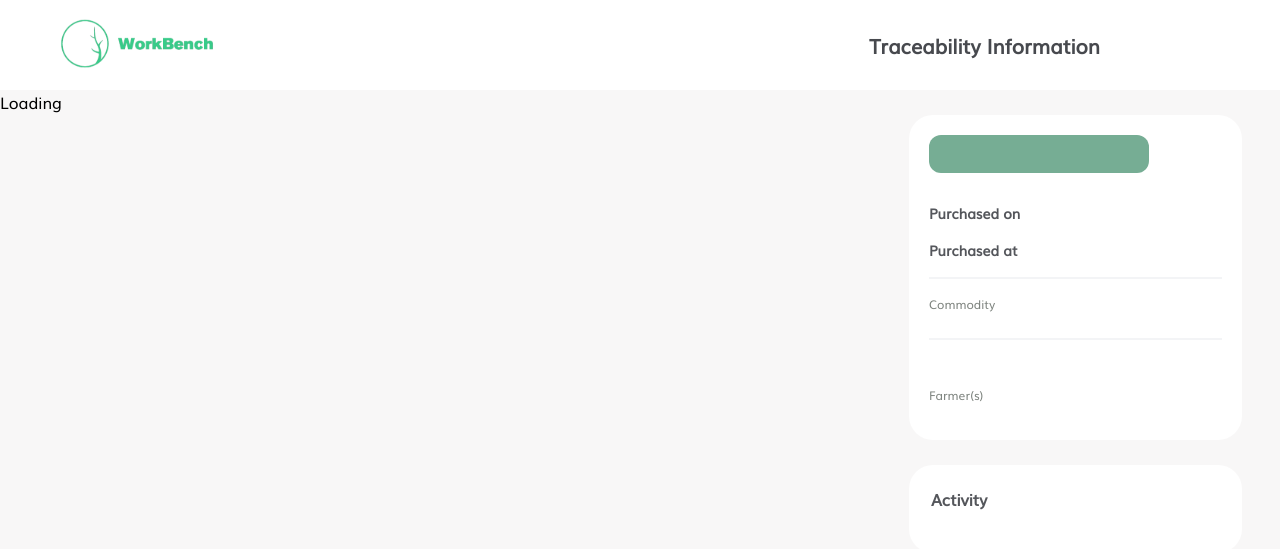
Repository: Hamezry/Traceability-Page
Page: /
These files come from the project's save history. The page is drawn as it stood at one moment and after the next save; the edit follows.
The browser window is 1280 px wide. The pictures show the whole page.
The page's requests for data from a server got no answer. The project was rebuilt for these pictures with package versions that can differ from the ones it lists, and the page was loaded fresh each time. No one was signed in, and anything a server would have sent is missing.

Above is the page before, as saved 2022-09-16 17:18:07.

### public/index.html
<!DOCTYPE html>
<html lang="en">
  <head>
    <meta charset="utf-8" />
    <meta name="viewport" content="width=device-width, initial-scale=1" />
    <meta name="theme-color" content="#000000" />
    <meta
      name="description"
      content="Web site created using create-react-app"
    />
    <link rel="preconnect" href="https://fonts.googleapis.com">
    <link rel="preconnect" href="https://fonts.gstatic.com" crossorigin>
    <!-- <link href="https://fonts.googleapis.com/css2?family=Mulish:wght@300;400;600&display=swap" rel="stylesheet"> -->
    <title>Traceability page</title>
  </head>
  <body>
    <noscript>You need to enable JavaScript to run this app.</noscript>
    <div id="root"></div>

  </body>
</html>

### src/index.css
@tailwind base;
@tailwind components;
@tailwind utilities;

@font-face {
    font-family: 'Muli';
    src: local('Muli'), url("./fonts/Muli-Regular.ttf") format("truetype");
}


@font-face {
    font-family: 'Muli';
    src: url('./fonts/Muli-Regular.ttf') format("truetype");
}

body {
    font-family: 'Muli' !important;
}

### src/App.js
import './index.css';
import Navbar from './components/Navbar';
import Information from './components/Information';
import Sidemap from './components/Sidemap';
import { BrowserRouter, Route, Routes } from 'react-router-dom';

function App() {
  return (
    <BrowserRouter>

      <Routes>

          <Route path='/' element={
            <div>
              <Navbar />
              <div className="lg:flex lg:justify-between w-full  lg:h-[calc(100vh-90px)] lg:overflow-y-hidden bg-[#f8f7f7]">
                <Sidemap />
                <Information />
              </div>

            </div>

          } />

      </Routes>
    </BrowserRouter>
  );
}

export default App;

### src/components/Navbar.js
import React from 'react'
import logo from '../Assets/logo.svg'

const Navbar = () => {
  return (
    <div className='w-full flex justify-center h-[90px] bg-white sticky font-muli  z-30  top-0 lg:items-center lg:justify-between '>

        <img src= {logo} alt='nav-icon' className='h-[80px] w-[188px] lg:ml-[50px]'/>
        <p className='hidden lg:block mr-[230px] xl:mr-[180px] 2xl:mr-[320px] text-[#47494E] font-semibold  text-[20px]'>Traceability Information</p>

    </div>
  )
}

export default Navbar

### src/components/Information.js
import React, { useEffect, useState } from 'react'
import image1 from '../Assets/image-2.png'
import purchased from '../Assets/purchase.svg'
import axios from 'axios'
import { useLocation } from 'react-router-dom'



function Information() {

    const [list, setList] = useState([])
    const search = useLocation().search;
    const qr_code = new URLSearchParams(search).get('qr_code')

    useEffect(() => {
        axios.get(`https://wb3test.afexnigeria.com/WB3/api/v1/traceability/info/${qr_code}`)
            .then(res => {
                setList(res.data.data)
                console.log(res.data)
            }).catch(err => {
                console.log(err)
            })
    }, [qr_code])


    return (
        <div className='lg:h-full  lg:w-[32%] font-muli lg:overflow-y-auto'>

            <div id="TQC" className=" z-10  top-0 flex lg:flex  flex-col px-[20px]">

                <div className="flex-1 flex bg-white lg:w-[90%] lg:mx-auto lg:mt-[25px] flex-col h-[556px] p-[20px] rounded-3xl">

                    {/*TQC */}
                    <div className='mb-4 border-b-2 border-b-gray-100 '>
                        <div className='bg-[#76AD94] text-white text-center py-2 font-semibold text-[16px] max-w-[220px] h-[38px] mb-[30px] rounded-xl'> <p>{list.qr_code}</p></div>
                        <p className='text-[#54565B] text-[14px] mb-4 font-semibold'>Purchased on <span className='font-normal'>{list.purchased_on}</span></p>
                        <p className=' text-[#54565B] text-[14px] mb-4 font-semibold'>Purchased at <span className='font-normal'>{list.purchased_at}</span></p>

                    </div>

                    <div className='mb-4 border-b-2  border-b-gray-100 '>
                        <p className='text-[#7C827D] text-[12px] mb-[25px] '>Commodity</p>
                        <p className='text-[#47494E] text-[14px] mb-4 font-medium '>{list.commodity}</p>

                    </div>

                    <div className='mt-[30px] mb-4'>

                        <p className='text-[#7C827D] text-[12px]'>Farmer(s)</p>

                        {
                            list?.farmers?.map((item, index) => {
                                return (
                                    <div key={index} className='w-[232px] h-[71px] shadow p-3 flex items-center mt-[20px] rounded-xl'>
                                        <img src={image1} alt='profilepic' />
                                        <p className='text-[#47494E] text-[16px] ml-5  font-medium '>{item.first_name} {item.last_name}<br /> <span className='text-[#707673] text-[12px]'>{item.age} years &nbsp; | &nbsp;  {item.gender}</span></p>
                                    </div>
                                )
                            })
                        }



                    </div>


                </div>



            </div>




            <div id="Activity" className=" top-0 flex lg:flex flex-shrink-0 flex-col px-[20px] transition-width duration-75">

                <div className="flex-1 flex bg-white lg:w-[90%] lg:mx-auto mt-[25px] mb-5 flex-col  h-[900px] p-[22px] rounded-3xl ">

                    <p className='text-[#54565B] mb-5 font-semibold text-[16px]'>Activity</p>

                    {list?.activities?.map((item, index) =>

                        <div key={index} className='flex 2xl:justify-between stroke-amber-50 text-[#7C827D] 2xl:px-5 lg:px-0 text-[11px]'>

                            <div className='flex gap-2 xl:gap-2 md:gap-8'>

                                <div className='flex flex-col items-center'>
                                    <img src={purchased} alt='recp' />
                                    <div className='border border-dotted border-[#7C827D] min-h-[100px] max-h-[120px] w-[1px]'></div>

                                </div>
                                <div className='flex flex-col lg:w-[180px] md:w-[270px] w-[130px]' >
                                    <p className='font-semibold mt-2 lg:text-[13px]'>{item.action} </p>
                                    <span className='text-[#7C827D] text-[9px] mt-2 lg:text-[11px]'>{item.description}</span>
                                </div>



                            </div>
                            <p className='text-[#76AD94] text-[9px] mt-2 xl:text-[10px]'> <span>{item.created}</span> </p>

                        </div>
                    )}






                </div>





            </div>


        </div>);
}

export default Information

### src/components/Sidemap.js
import React from 'react'
import {useJsApiLoader, GoogleMap, Marker} from '@react-google-maps/api';

const center = {lat:48.8584, lng:2.294}

function Sidemap() {

  const { isLoaded } = useJsApiLoader({
    googleMapsApiKey:process.env.REACT_APP_GOOGLE_MAPS_API_KEY,
  });

  if (!isLoaded){
    return <h1>Loading</h1>
  }
  return (

    <div class= "h-[600px] w-full lg:h-[calc(100vh-90px)] lg:w-[68%]">

      <div className='hidden lg:block p-4 lg:p-0 lg:w-full h-[100%]'>
          <GoogleMap
          mapContainerStyle={{width:'100%', height:'100%'}}
          center={center} zoom={15}
          options={{
            zoomControl:false,
            streetViewControl:false,
            mapTypeControl:false,
            fullscreenControl:false,
          }}
          >
            <Marker position={center}/>

          </GoogleMap>
      </div>

      <div className='lg:hidden p-4 lg:p-0 lg:w-full h-[100%]'>
          <GoogleMap
          mapContainerStyle={{width:'100%', height:'100%', borderRadius:'50px'}}
          center={center} zoom={15}
          options={{
            zoomControl:false,
            streetViewControl:false,
            mapTypeControl:false,
            fullscreenControl:false,
          }}
          >
            <Marker position={center}/>

          </GoogleMap>
      </div>


    </div>

  )
}

export default Sidemap

### tailwind.config.js

/** @type {import('tailwindcss').Config} */
module.exports = {
  content: [
    "./src/**/*.{js,jsx,ts,tsx}",
  ],
  theme: {
    extend: {
      fontFamily:{
        'Muli':['Muli', 'san-serif']
      }
    },
  },
  plugins: [],
}

Loaded but not shown: src/index.js (common file)

After the next save:
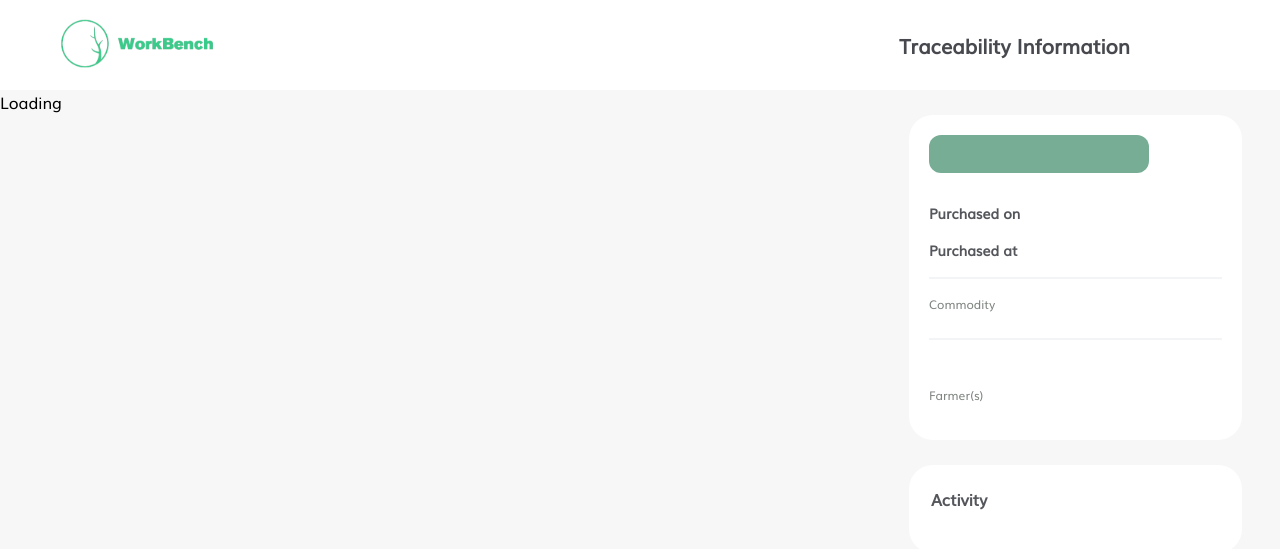
Saved 6 s later.
--- a/src/components/Navbar.js
+++ b/src/components/Navbar.js
@@ -6,7 +6,7 @@
     <div className='w-full flex justify-center h-[90px] bg-white sticky font-muli  z-30  top-0 lg:items-center lg:justify-between '>
 
         <img src= {logo} alt='nav-icon' className='h-[80px] w-[188px] lg:ml-[50px]'/>
-        <p className='hidden lg:block mr-[230px] xl:mr-[180px] 2xl:mr-[320px] text-[#47494E] font-semibold  text-[20px]'>Traceability Information</p>
+        <p className='hidden lg:block mr-[230px] xl:mr-[150px] 2xl:mr-[320px] text-[#47494E] font-semibold  text-[20px]'>Traceability Information</p>
 
     </div>
   )

After the save that followed:
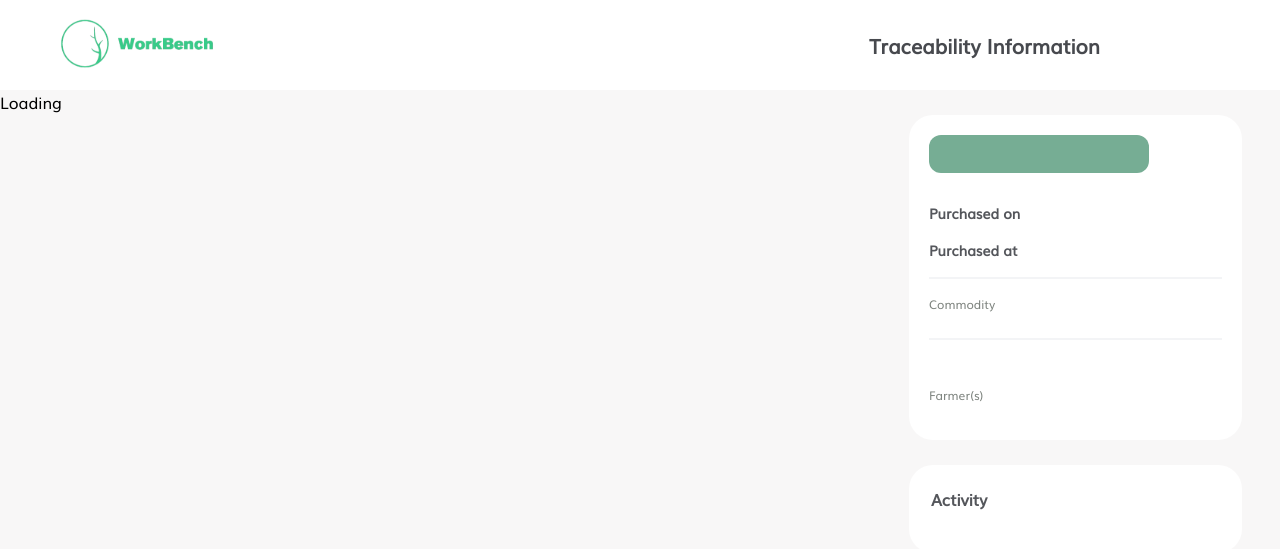
Saved 9 s later.
--- a/src/components/Navbar.js
+++ b/src/components/Navbar.js
@@ -6,7 +6,7 @@
     <div className='w-full flex justify-center h-[90px] bg-white sticky font-muli  z-30  top-0 lg:items-center lg:justify-between '>
 
         <img src= {logo} alt='nav-icon' className='h-[80px] w-[188px] lg:ml-[50px]'/>
-        <p className='hidden lg:block mr-[230px] xl:mr-[150px] 2xl:mr-[320px] text-[#47494E] font-semibold  text-[20px]'>Traceability Information</p>
+        <p className='hidden lg:block mr-[230px] xl:mr-[180px] 2xl:mr-[320px] text-[#47494E] font-semibold  text-[20px]'>Traceability Information</p>
 
     </div>
   )
